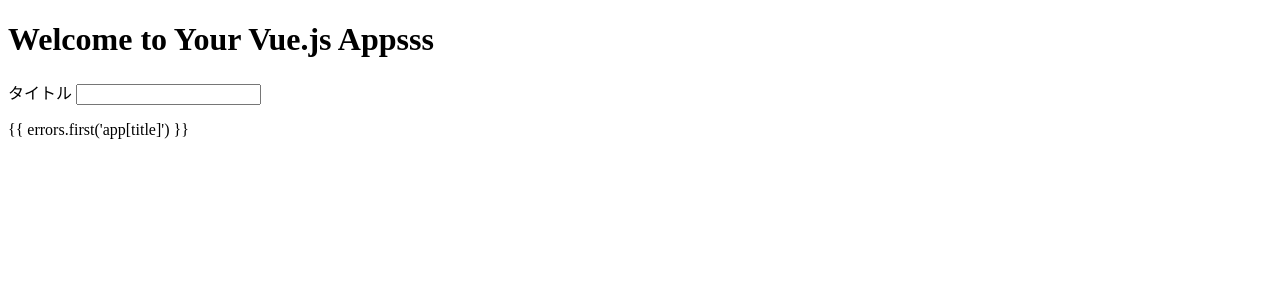
Repository: no-na-ka/test-validate
Page: /
The author's editor kept a copy of each file at every save. The page is drawn from the files as they stood at one save, then again after the next save.
The browser window is 1280 px wide. The pictures show the whole page.
The project was rebuilt for these pictures with package versions that can differ from the ones it lists, and the page was loaded fresh each time. Also part of the build but not shown: webpack.config.js.

Above is the page before, as saved 2019-03-27 17:28:12.

After the next save:
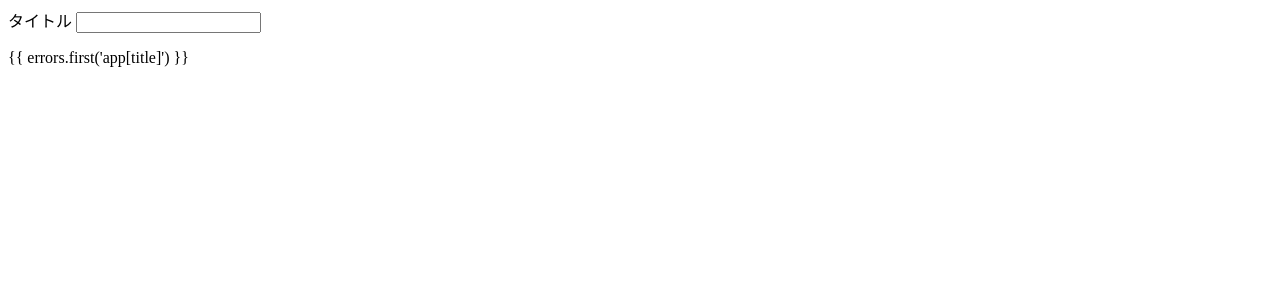
Saved 18 s later.
--- a/src/components/HelloWorld.vue
+++ b/src/components/HelloWorld.vue
@@ -2,7 +2,7 @@
   <div class="hello">
     <h1>{{ msg }}</h1>
 
-    <!-- <div class="form-group">
+    <div class="form-group">
       <label for="form_title">タイトル</label>
       <input type="text" name="app[title]" class="form-control"
               v-model="app.title"
@@ -14,11 +14,13 @@
       <div class="form-control-feedback" v-show="errors.has('app[title]')">
         <p class="alert alert-danger">{{ errors.first('app[title]') }}</p>
       </div>
-    </div> -->
+    </div>
   </div>
 </template>
 
 <script>
+import VeeValidate, { Validator } from'vee-validate'
+
 export default {
   name: 'HelloWorld',
   data () {
